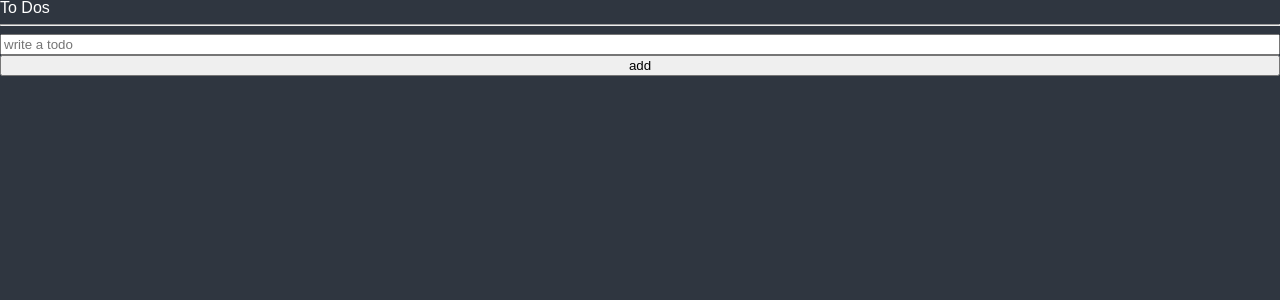
Repository: hesshess/nomad-reactjs-master-todolist
Page: /
An editor plug-in stored every save of this project. The page is shown before and after the next save, followed by the edit.
The browser window is 1280 px wide. The pictures show the whole page.
Some web fonts or font styles are not loaded; a fallback is used. The project was rebuilt for these pictures with package versions that can differ from the ones it lists, and the page was loaded fresh each time.

Above is the page before, as saved 2023-11-01 16:11:41.

After the next save:
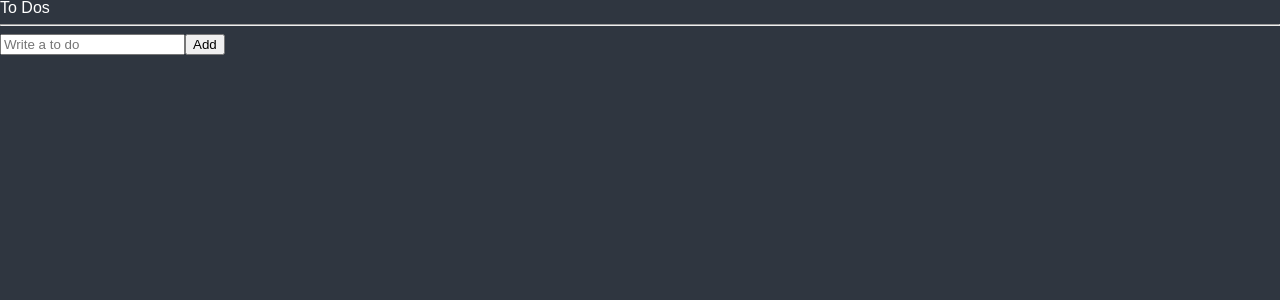
Saved 2 min 13 s later.
--- a/src/components/ToDoList.tsx
+++ b/src/components/ToDoList.tsx
@@ -1,33 +1,14 @@
 import { useForm } from 'react-hook-form';
 import { atom, useRecoilState } from 'recoil';
-/*
-function ToDoList(){
-    const [todo, setTodo] = useState("");
-    const onChange = (event:React.FormEvent<HTMLInputElement>) => {
-        const {currentTarget:{value}} = event;
-        setTodo(value);
-    }
-    const onSubmit =(event:React.FormEvent<HTMLFormElement> )=>{
-        event.preventDefault();
-        console.log(todo);
-    }
 
-    return (
-    <div>
-        <form onSubmit={onSubmit}>
-            <input onChange={onChange} value={todo} placeholder="write a todo" />
-            <button>add</button>
-        </form>
-    </div>
-    );
-}*/
 interface IForm {
   toDo: string;
 }
 
 interface IToDo {
   text: string;
-  category: 'TODO' | 'DOING' | 'DONE';
+  id: number;
+  category: 'TO_DO' | 'DOING' | 'DONE';
 }
 
 const toDoState = atom<IToDo[]>({
@@ -37,35 +18,32 @@ const toDoState = atom<IToDo[]>({
 
 function ToDoList() {
   const [toDos, setToDos] = useRecoilState(toDoState);
-  // const value = useRecoilValue(toDoState);
-  // const modfn = useSetRecoilState(toDoState);
   const { register, handleSubmit, setValue } = useForm<IForm>();
-  const onValid = ({ toDo }: IForm) => {
-    setToDos((prevTodos) => [{ text: toDo, category: 'TODO' }, ...prevTodos]);
+  const handleValid = ({ toDo }: IForm) => {
+    setToDos((oldToDos) => [
+      { text: toDo, id: Date.now(), category: 'TO_DO' },
+      ...oldToDos,
+    ]);
     setValue('toDo', '');
   };
-  console.log(toDos);
   return (
     <div>
       <h1>To Dos</h1>
       <hr />
-      <form
-        style={{ display: 'flex', flexDirection: 'column' }}
-        onSubmit={handleSubmit(onValid)}
-      >
+      <form onSubmit={handleSubmit(handleValid)}>
         <input
           {...register('toDo', {
-            required: 'todo is required',
-            minLength: {
-              value: 5,
-              message: 'your todo is too short',
-            },
+            required: 'Please write a To Do',
           })}
-          placeholder="write a todo"
+          placeholder="Write a to do"
         />
-        <button>add</button>
+        <button>Add</button>
       </form>
-      <ul></ul>
+      <ul>
+        {toDos.map((toDo) => (
+          <li key={toDo.id}>{toDo.text}</li>
+        ))}
+      </ul>
     </div>
   );
 }
